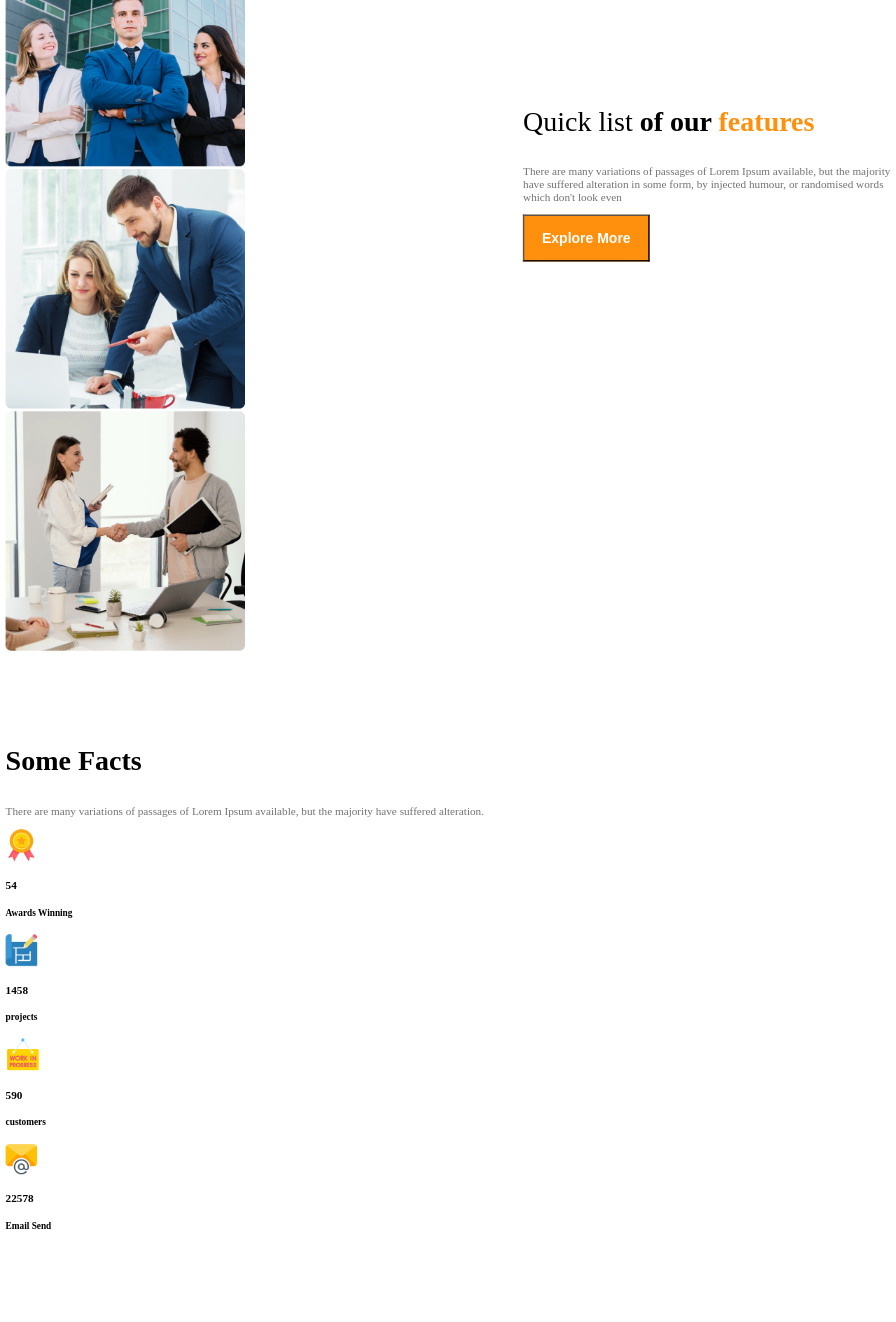
Repository: tanimtanzilislam/g3-architect-website
Page: index.html
These files come from the project's save history. The page is drawn as it stood at one moment and after a run of saves; the edit follows.
The browser window is 1280 px wide. The pictures show the part of the page from y = 1752 to 3672 px (the page is 3641 px tall before and 3672 px after), at 70% of full size.

Above is the page before, as saved 2026-02-06 18:18:23.

### index.html
<!DOCTYPE html>
<html lang="en">
<head>
    <meta charset="UTF-8">
    <meta name="viewport" content="width=device-width, initial-scale=1.0">
    <title>G3 Architecture</title>
    <link rel="stylesheet" href="styles/styles.css">
</head>
<body class=".work-sans-font">
    <header class="bg-light" >
        <nav class="navbar display-flex">
            <h3 class="brand">G3 Architect </h3>
             <ul class="nav-links display-flex">

                <li class="nav-item"><a href="" class="nav-link text-gray">Home</a></li>
                <li class="nav-item"><a href="" class="nav-link text-gray">About</a></li>
                <li class="nav-item"><a href="" class="nav-link text-gray">Contact-Us</a></li>
                <li class="nav-item"><a href="" class="nav-link text-gray">Login</a></li>
             </ul>
        </nav>

        <div class="banner">
        <div class="banner-content">
        <h1 class="banner-title">
                Brand new group of Architectects
            </h1>
            <p class="banner-description">
                There are many variations of passages of Lorem Ipsum available, but the majority have suffered alteration in some form, by injected humour, or randomised words which don't look even
            </p>
            <button class="btn-primary">Explore More</button>
            </div>

            <img class="banner-image" src="images/banner.png" alt="">
        </div>
    </header>
    <main>
        <!-- team section start -->
        <section class="teams display-flex">

            <div class="team-imag-container">

                <img src="images/team1.png" alt="two at=rchitect discussing about design">
                 <img src="images/team2.png" alt="">
                 <img src="images/team3.png" alt="">
                 <img src="images/team4.png" alt="">
            </div>

            <div class="our-features">
                <h3 class="section-title"> <span id="quick-list">Quick list </span><span>of our</span> <span  class="text-primary">features</span></h3>
                 <p class="feature-description  text-light-gray">
                    There are many variations of passages of Lorem Ipsum available, but the majority have suffered alteration in some form, by injected humour, or randomised words which don't look even
                 </p>
                 <button class="btn-primary">Explore More</button>
            </div>




        </section>

        <!-- features will enjoy -->
         <section>
            <h3 class="section-title"> Some Facts</h3>
            <p class="text-light-gray">There are many variations of passages of Lorem Ipsum available, but the majority have suffered alteration.</p>

            <div class="facts-container">
                <!-- .fact-card*4>img.fact-icon+h4.fact-number+h5.fact-name -->
             <div class="fact-card">
                <img src="images/icons/ribon.png" alt="" class="fact-icon">
                <h4 class="fact-number">54</h4>
                <h5 class="fact-name">Awards Winning</h5>
             </div>
             <div class="fact-card">
                <img src="images/icons/projects.png" alt="" class="fact-icon">
                <h4 class="fact-number">1458</h4>
                <h5 class="fact-name">projects</h5>
             </div>
             <div class="fact-card">
                <img src="images/icons/customers.png" alt="" class="fact-icon">
                <h4 class="fact-number">590</h4>
                <h5 class="fact-name">customers</h5>
             </div>
             <div class="fact-card">
                <img src="images/icons/email.png" alt="" class="fact-icon">
                <h4 class="fact-number">22578</h4>
                <h5 class="fact-name">Email Send</h5>
             </div>

            </div>

         </section>

         <!-- our facts -->
          <section class="">

          </section>
    </main>
    <footer></footer>

</body>
</html>

### styles/styles.css

@import url('https://fonts.googleapis.com/css2?family=Work+Sans:ital,wght@0,100..900;1,100..900&display=swap');

.work-sans-font{
  font-family: "Work Sans", sans-serif;
  font-optical-sizing: auto;
  font-weight: 400;
  font-style: normal;
}

/* shared styles */
.display-flex{
  display:flex;
}

.text-gray{
  color:#424242;
}

/* dark02 */
.text-light-gray{

color:#727272;

}

/* header styles */

.navbar{
  justify-content: space-between;
  align-items:center
}
.brand{
  font-weight:700;
  font-size:45px;
}

/* navbar related styles */
.bg-light{
  background-color: rgba(255,144,14,0.1);
}

.nav-item{
  list-style:none;
  margin-right:30px;
}

.nav-link{
  text-decoration:none;
  font-weight:500;
}
.navbar ,.banner{
  max-width:1440px;
  margin:0 auto;
}

/* banner related styles */

.banner-content{
  max-width:850px;
  margin-bottom:50px;

}
.banner-title{
  font-weight: 700;
  font-size:4em;
}
.btn-primary{
  background-color:#FF900E;
  color:white;
  padding:20px 25px;
  font-size: 1.25rem;
  font-weight:600;
  border-radius: none;

}
.banner-image{
  width:100%;

}

/* team and feature related styles */

.teams{
  align-items:center;

}
.team-img-container{
  display:grid;
  grid-template-columns: repeat(2,1fr);

}
main>section{
  margin-top:130px;
}

.our-features{
  margin-left: 130px;
  max-width: 530px;

}

.section-title{
  font-size:2.5rem;
  font-weight: 700;
}
#quick-list{
  font-weight:500;
}

/* Some Facts related styles */
.fact-card{
  border: 1px solid #
}

.text-primary{
  color:#FF900E;
}
/* responsive media query */
 @media screen and( max-width:576px){
  .navbar ,.nav-links, .teams{

    flex-direction: column;


  }

  .teams-img-container{
    grid-template-columns: repeat(1, 1fr);
  }
  .our-features{
    margin-left:20px;
  }

}

main{
  max-width:1440px;
  margin:0px auto;

}

/*  medium size device */
@medium screen and (min-width:576 px ) and (max-width:992 px){

  .teams{
    flex-direction:column

  }
  .our-features{
   margin:50px auto;
  }
}

After the next 3 saves:
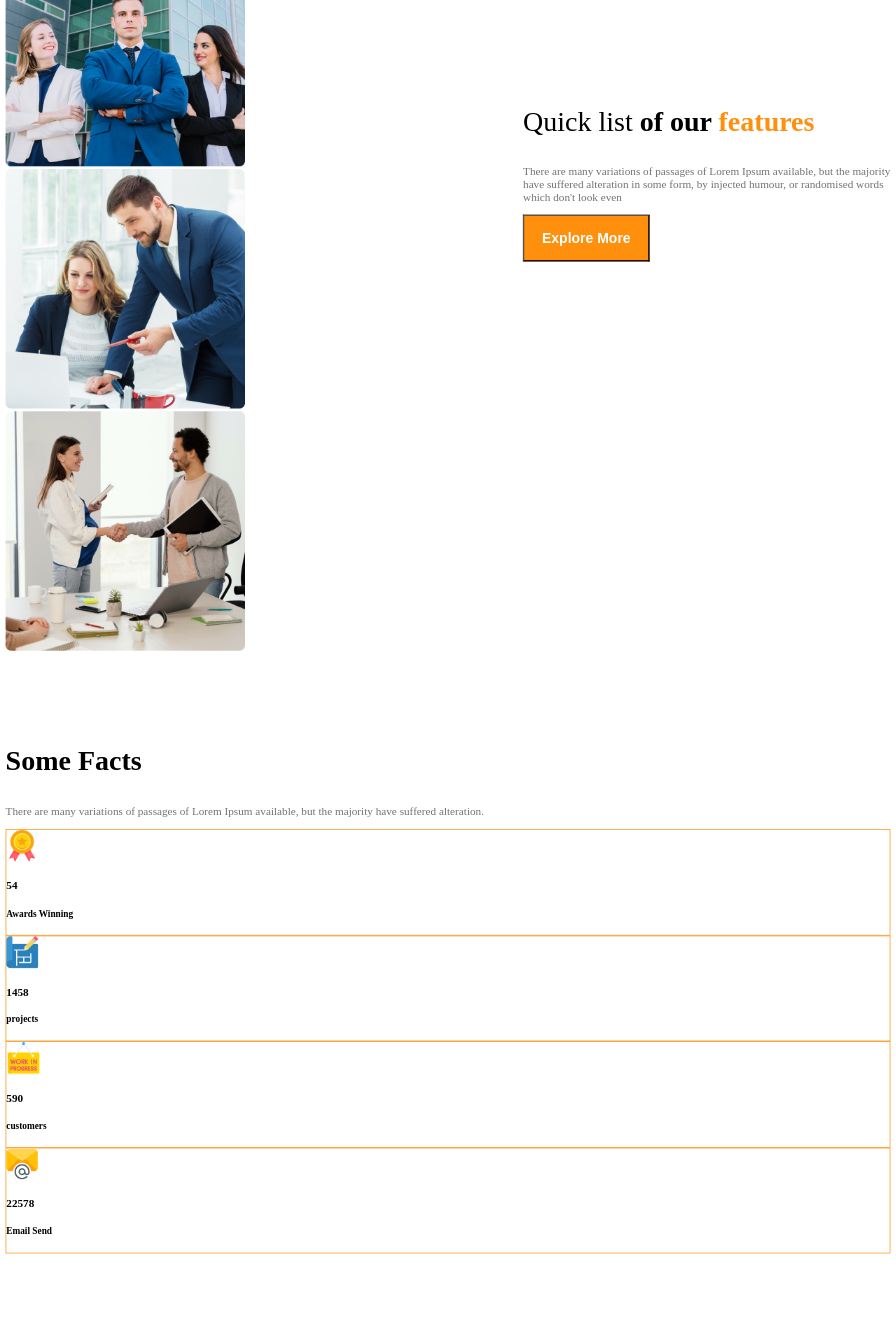
The 3 saves are shown as one change because they came seconds apart.
The last was saved 32 s later.
--- a/styles/styles.css
+++ b/styles/styles.css
@@ -110,7 +110,8 @@
 
 /* Some Facts related styles */
 .fact-card{
-  border: 1px solid #
+  border: 1px solid #FF900E;
+
 }
 
 .text-primary{
